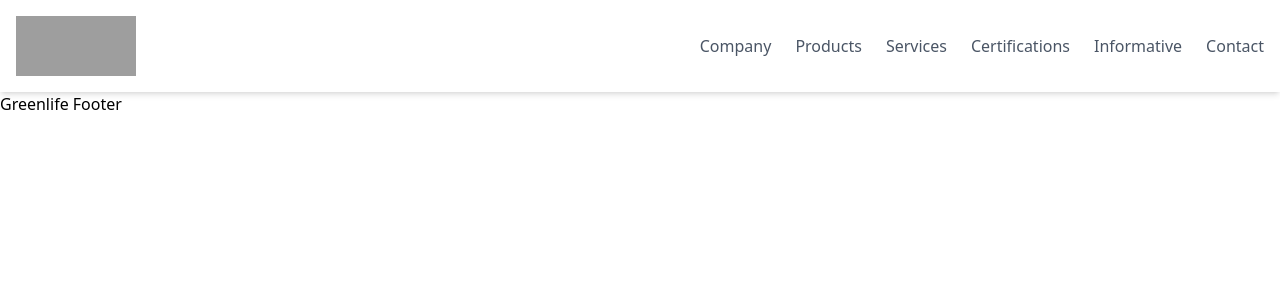
Repository: estevam02009/greenlife
Page: /
These files come from the project's save history. The page is drawn as it stood at one moment and after the next save; the edit follows.
The browser window is 1280 px wide. The pictures show the whole page.
Pictures or frames that could not be fetched are drawn as grey boxes. The project was rebuilt for these pictures with package versions that can differ from the ones it lists, and the page was loaded fresh each time. Also part of the build but not shown: vite.config.js, src/App.css.

Above is the page before, as saved 2025-07-23 09:47:51.

After the next save:
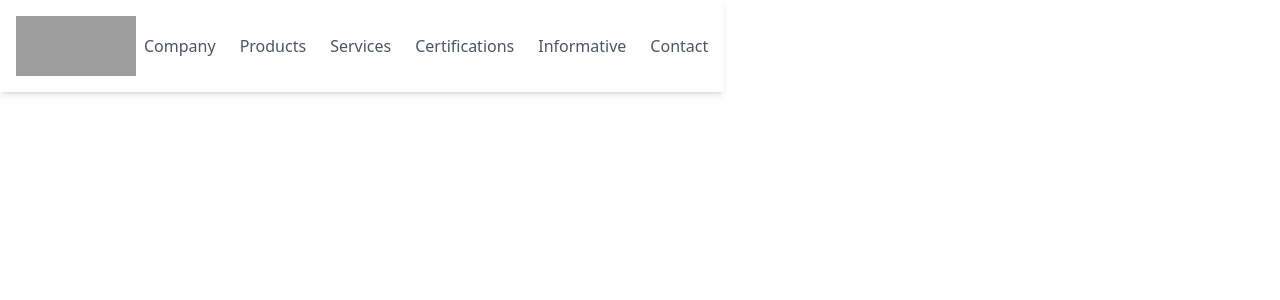
Saved 8 min 44 s later.
--- a/src/components/Navbar.jsx
+++ b/src/components/Navbar.jsx
@@ -1,8 +1,11 @@
-import React from "react"
+import React, { useState } from "react"
 
 const Navbar = () => {
+
+    const [isOpen, setIsOpen] = useState(false)
+
     return (
-        <nav className="bg-white p-4 shadow-md">
+        <nav className="fixed top-0 bg-white p-4 shadow-md">
             <div className="container mx-auto flex items-center justify-between">
                 {/* LOGO */}
                 <div className="flex items-center">
